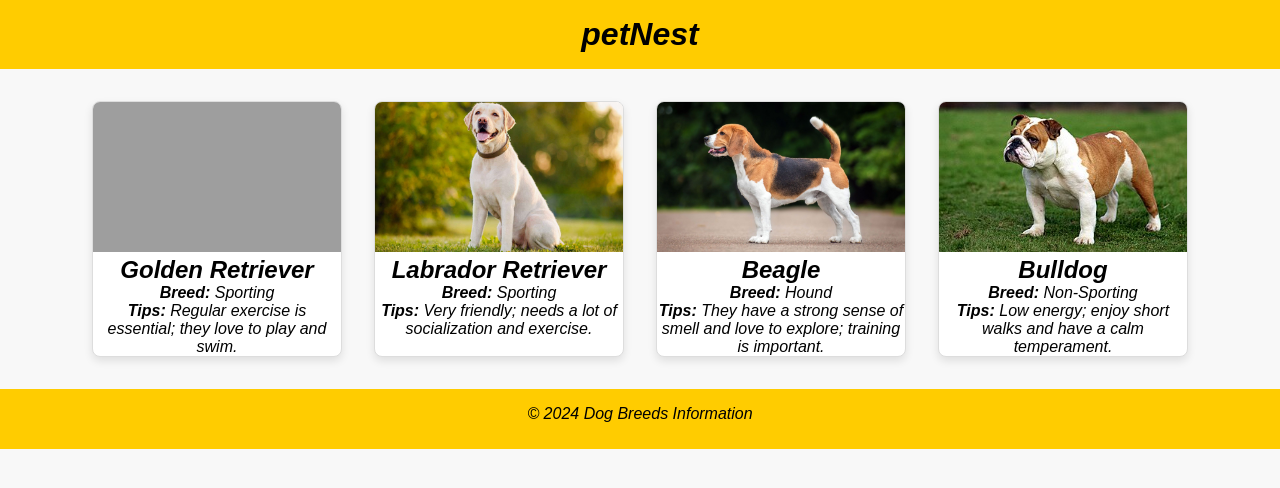
Repository: SHAHZADcodr/pet_care
Page: pages/dog.html
An editor plug-in stored every save of this project. The page is shown before and after the next save, followed by the edit.
The browser window is 1280 px wide. The pictures show the whole page.
Pictures or frames that could not be fetched are drawn as grey boxes.

Above is the page before, as saved 2024-11-04 22:20:09.

After the next save:
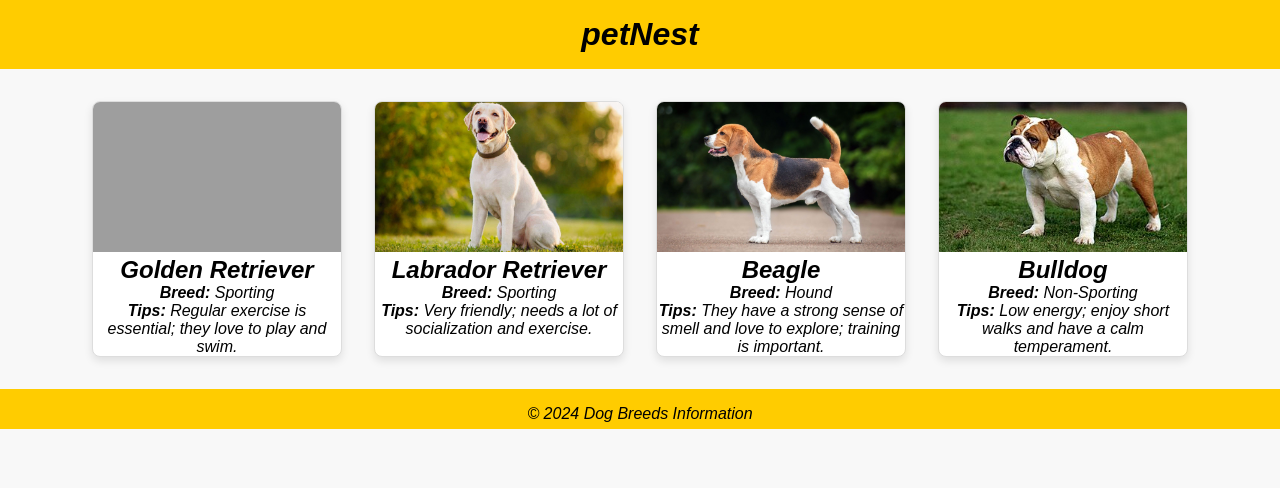
Saved 13 s later.
--- a/pages/dog.css
+++ b/pages/dog.css
@@ -56,5 +56,5 @@
     padding: 1rem;
     margin-top: auto; /* Push footer to the bottom */
     /* Optional: You can set a height for the footer if needed */
-    height: 60px; /* Fixed height for the footer */
+    height: 40px; /* Fixed height for the footer */
 }
